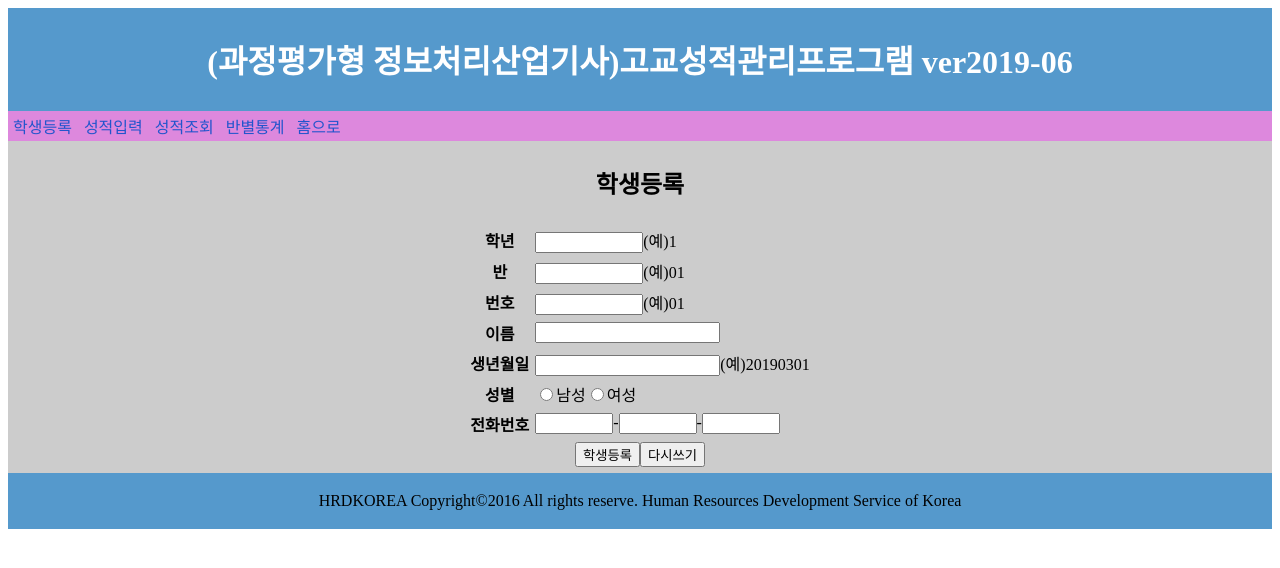
Repository: bolbbal/jdbc
Page: http://localhost/cbq_99/sub1.jsp
The author's editor kept a copy of each file at every save. The page is drawn from the files as they stood at one save, then again after the next save.
The browser window is 1280 px wide. The pictures show the whole page.
The page is served by Tomcat 9. Other server files are loaded and not shown.

Above is the page before, as saved 2024-08-26 06:34:55.

### javastudy18/jspStudy/cbq_99/cbq_99/WebContent/sub1.jsp
<%@ page language="java" contentType="text/html; charset=UTF-8"
	pageEncoding="UTF-8"%>
<%@ page import="Model.*"%>
<%@ page import="java.sql.*"%>
<%@ page import="java.util.*"%>
<%@ page import="java.text.*"%>
<!DOCTYPE html>
<html>
<head>
<meta charset="UTF-8">
<title>고교성적관리</title>
<style>
header {
	background: #59c;
	padding: 1px;
}

h1 {
	color: #fff;
	text-align: center;
	padding: 6px
}

nav {
	background: #D8D;
	padding: 1px
}

a {
	text-decoration: none;
	color: #25C;
	display: inline-block;
	padding: 2px 4px;
}

section {
	padding: 1px;
	background: #CCC;
}

h2 {
	text-align: center;
	padding: 3px;
}

footer {
	background: #59c;
	padding: 1px;
}

footer p {
	text-align: center;
	padding: 2px;
}

table, th, td {
	border: 1px solid #ccc;
}

table {
	margin: 0 auto;
}
</style>
<script type="text/javascript">
	function check() {
		if (my.syear.value == "") {
			alert("학년정보가 입력되지 않았습니다!");
			my.syear.focus();
			return false;
		}
		if (my.sclass.value == "") {
			alert("반정보가 입력되지 않았습니다!");
			my.sclass.focus();
			return false;
		}
		if (my.sno.value == "") {
			alert("번호정보가 입력되지 않았습니다!");
			my.sno.focus();
			return false;
		}
		if (my.sname.value == "") {
			alert("이름이 입력되지 않았습니다!");
			my.sname.focus();
			return false;
		}
		if (my.birth.value == "") {
			alert("생년월일이 입력되지 않았습니다!");
			my.birth.focus();
			return false;
		}
		if (my.gender.checked=="" && my.gender.checked=="") {
			alert("성별을 선택하세요!");
			my.gender[0].focus();
			return false;
		}
		/*
		var genders = document.getElementsByName("gender");
		if(!genders[0].checked && !genders[1].checked) {
			alert("성별선택");
			genders[0].focus();
			return false;
		}
		*/
		if (my.tel1.value == "") {
			alert("전화번호가 입력되지 않았습니다!");
			my.tel1.focus();
			return false;
		}
		if (my.tel2.value == "") {
			alert("전화번호가 입력되지 않았습니다!");
			my.tel2.focus();
			return false;
		}
		if (my.tel3.value == "") {
			alert("전화번호가 입력되지 않았습니다!");
			my.tel3.focus();
			return false;
		}
		return true;

	}
</script>
</head>
<body>
	<header>
		<h1>(과정평가형 정보처리산업기사)고교성적관리프로그램 ver2019-06</h1>
	</header>
	<nav>
		<a href="sub1.jsp">학생등록</a> <a href="sub2.jsp">성적입력</a> <a
			href="sub3.jsp">성적조회</a> <a href="sub4.jsp">반별통계</a> <a
			href="index.jsp">홈으로</a>
	</nav>
	<section>
		<h2>학생등록</h2>
		<form name="my" method="post" action="sub1pro.jsp"
			onsubmit="return check()">
			<table>
				<tr>
					<th style="border: 1px">학년</th>
					<td><input type="text" name="syear" style="width: 100px">(예)1</td>
				</tr>
				<tr>
					<th>반</th>
					<td><input type="text" name="sclass" style="width: 100px">(예)01</td>
				</tr>
				<tr>
					<th>번호</th>
					<td><input type="text" name="sno" style="width: 100px">(예)01</td>
				</tr>
				<tr>
					<th>이름</th>
					<td><input type="text" name="sname"></td>
				</tr>
				<tr>
					<th>생년월일</th>
					<td><input type="text" name="birth">(예)20190301</td>
				</tr>
				<tr>
					<th>성별</th>
					<td><input type="radio" name="gender" value="M">남성<input
						type="radio" name="gender" value="F">여성</td>
				</tr>
				<tr>
					<th>전화번호</th>
					<td><input type="text" name="tel1" style="width: 70px">-<input
						type="text" name="tel2" style="width: 70px">-<input
						type="text" name="tel3" style="width: 70px"></td>
				</tr>
				<tr>
					<td colspan="2" style="text-align: center;"><input
						type="submit" value="학생등록"><input type="reset"
						value="다시쓰기"></td>
				</tr>
			</table>
		</form>
	</section>
	<footer>
		<p>HRDKOREA Copyright&copy;2016 All rights reserve. Human
			Resources Development Service of Korea</p>
	</footer>
</body>
</html>

After the next save:
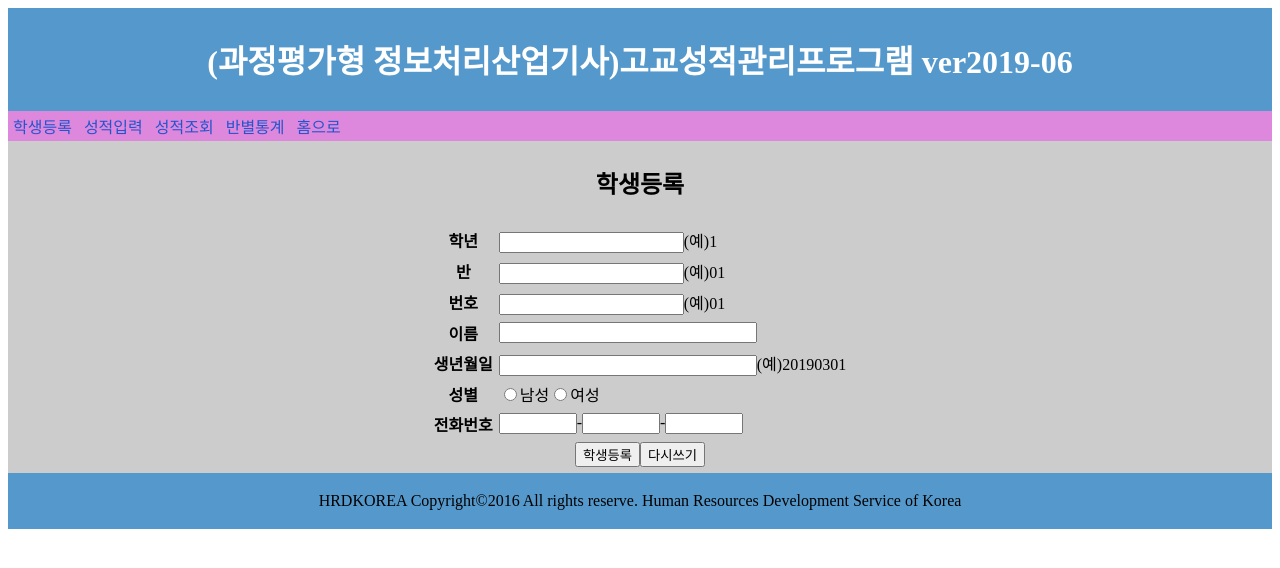
Saved 43 s later.
--- a/javastudy18/jspStudy/cbq_99/cbq_99/WebContent/sub1.jsp
+++ b/javastudy18/jspStudy/cbq_99/cbq_99/WebContent/sub1.jsp
@@ -137,23 +137,23 @@
 			<table>
 				<tr>
 					<th style="border: 1px">학년</th>
-					<td><input type="text" name="syear" style="width: 100px">(예)1</td>
+					<td><input type="text" name="syear">(예)1</td>
 				</tr>
 				<tr>
 					<th>반</th>
-					<td><input type="text" name="sclass" style="width: 100px">(예)01</td>
+					<td><input type="text" name="sclass">(예)01</td>
 				</tr>
 				<tr>
 					<th>번호</th>
-					<td><input type="text" name="sno" style="width: 100px">(예)01</td>
+					<td><input type="text" name="sno">(예)01</td>
 				</tr>
 				<tr>
 					<th>이름</th>
-					<td><input type="text" name="sname"></td>
+					<td><input type="text" name="sname" style="width: 250px"></td>
 				</tr>
 				<tr>
 					<th>생년월일</th>
-					<td><input type="text" name="birth">(예)20190301</td>
+					<td><input type="text" name="birth" style="width: 250px">(예)20190301</td>
 				</tr>
 				<tr>
 					<th>성별</th>
